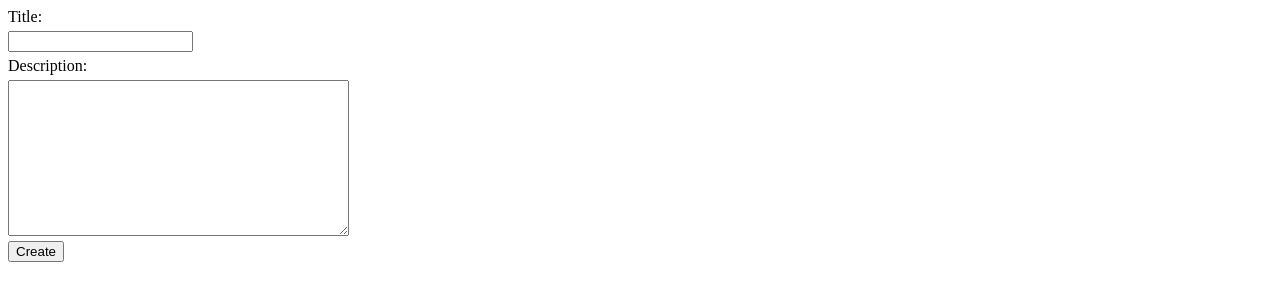
Repository: JasonMorta/Django-todo-crud-app
Page: http://localhost/create/
These files come from the project's save history. The page is drawn as it stood at one moment and after the next save; the edit follows.
The browser window is 1280 px wide. The pictures show the whole page.
The page is served by the project's application, run on Django 4.2 (manage.py).

Above is the page before, as saved 2023-06-20 20:33:31.

After the next save:
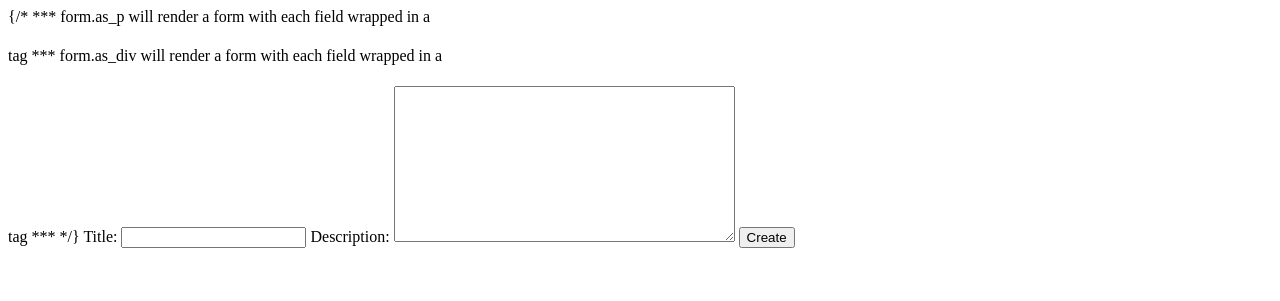
Saved 107 s later.
--- a/todo_list/todo_app/templates/todo_app/todo_create.html
+++ b/todo_list/todo_app/templates/todo_app/todo_create.html
@@ -17,6 +17,11 @@
 <body>
   <form method="post">
     {% csrf_token %}
+   {/*
+   *** form.as_p will render a form with each field wrapped in a <p> tag
+   *** form.as_div will render a form with each field wrapped in a <div> tag
+   ***
+   */}
     {{ form }}
     <button type="submit">Create</button>
   </form>
